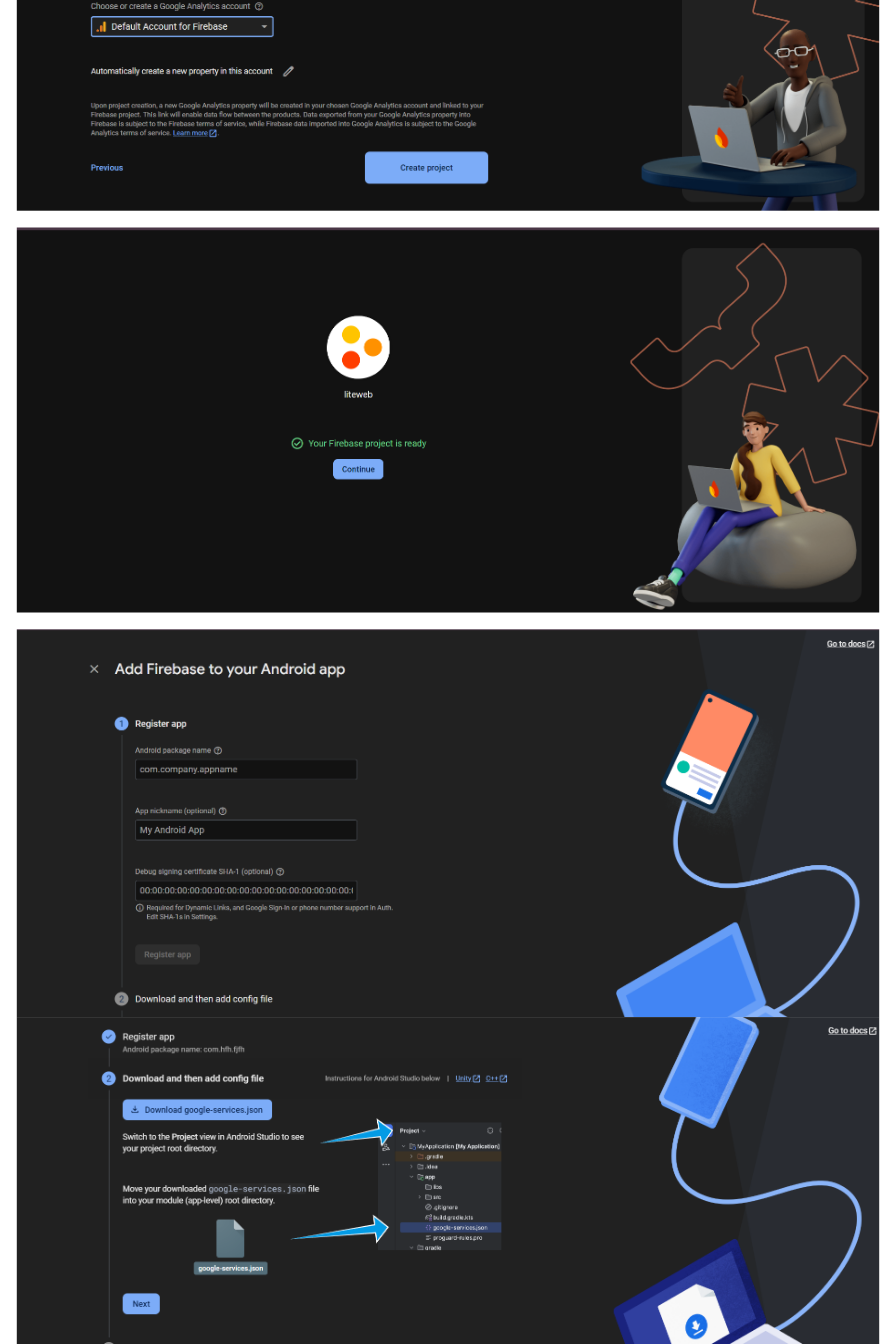
Repository: Safin421/lite--web
Page: index.html
An editor plug-in stored every save of this project. The page is shown before and after a run of saves, followed by the edit.
The browser window is 1280 px wide. The pictures show the part of the page from y = 4580 to 6500 px (the page is 9380 px tall before and 9404 px after), at 70% of full size.
A picture or video elsewhere on the page could not be fetched, so the positions and the page height are approximate. Some web libraries are served in a nearby version.

Above is the page before, as saved 2024-10-31 11:58:26.

After the next 8 saves:
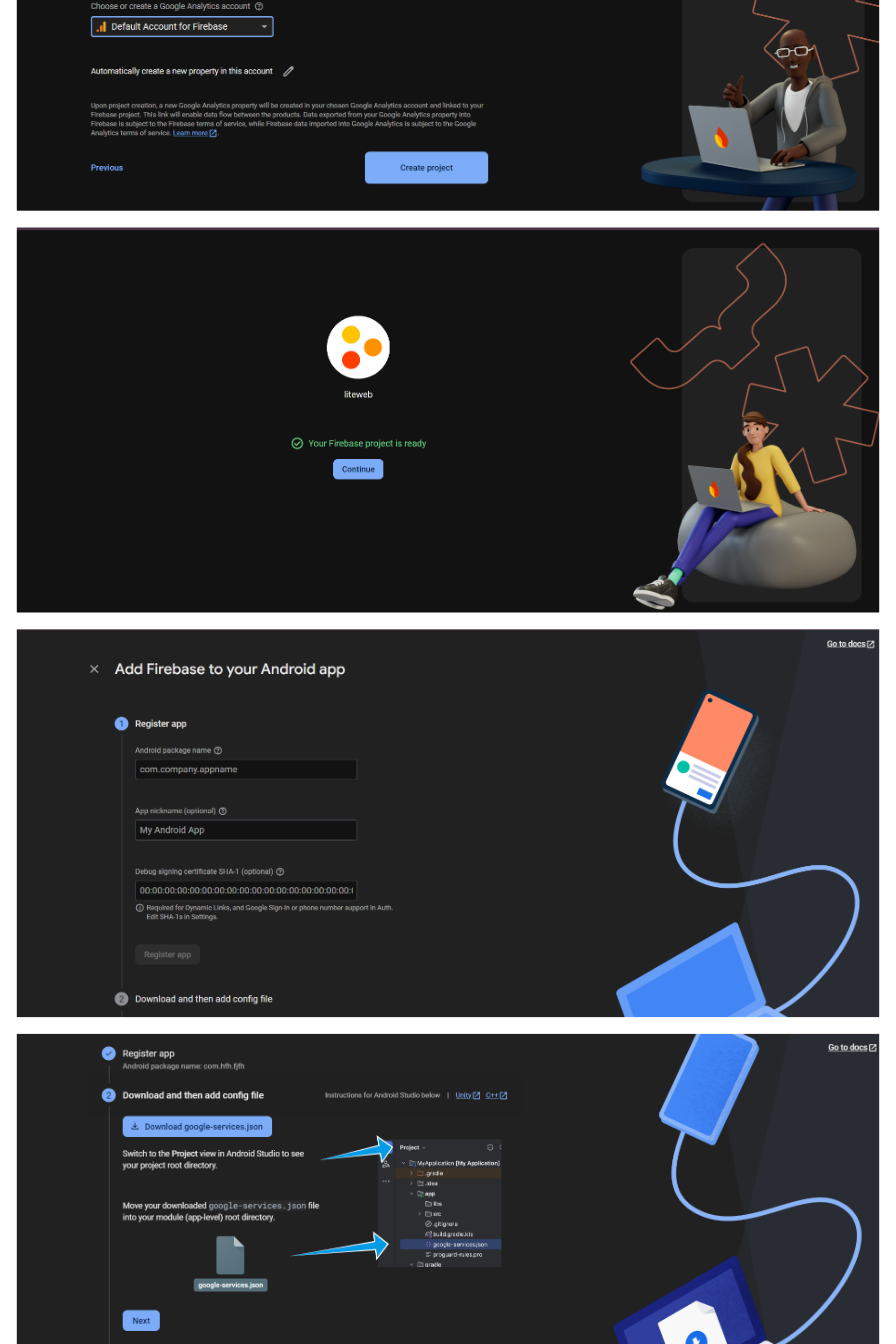
The 8 saves are shown as one change because they came seconds apart.
The last was saved 17 s later.
--- a/index.html
+++ b/index.html
@@ -150,13 +150,14 @@
                           alt=''
                           />
                       </figure><br>
-                      <!--  -->
+                      <!-- img6 -->
                       <figure>
                         <img
                           src='images/firebase6.png'
                           alt=''
                           />
-                      </figure
+                      </figure><br>
+                      <!-- img7 -->
                       <figure>
                         <img
                           src='images/firebase7.png'
